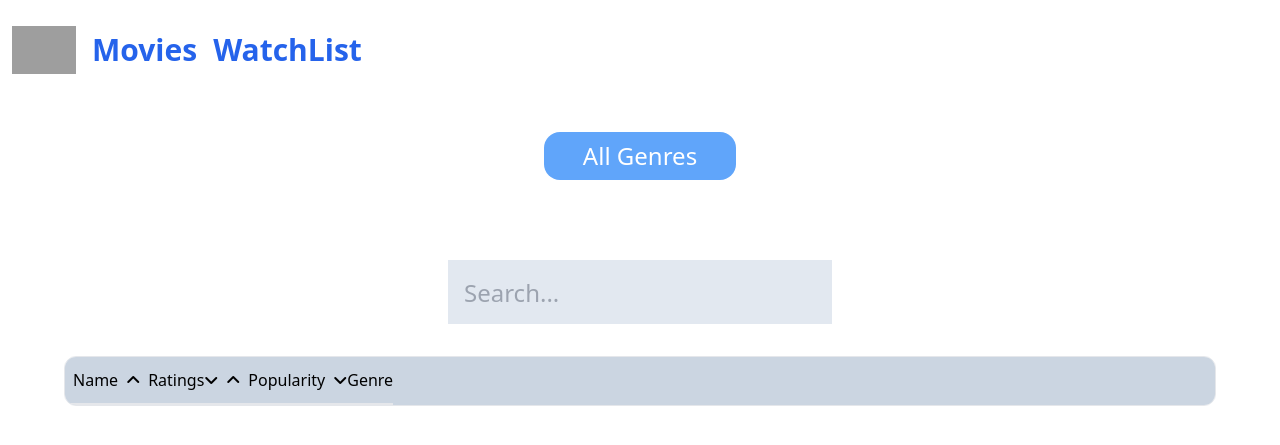
Repository: Aakash20bhatt/LearnReact
Page: /watchlist (app in moviesApp/)
An editor plug-in stored every save of this project. The page is shown before and after the next save, followed by the edit.
The browser window is 1280 px wide. The pictures show the whole page.
Pictures or frames that could not be fetched are drawn as grey boxes. Some web libraries are served in a nearby version. The project was rebuilt for these pictures with package versions that can differ from the ones it lists, and the page was loaded fresh each time. Also part of the build but not shown: moviesApp/vite.config.js, moviesApp/src/App.css, moviesApp/src/Components/Banner.jsx, moviesApp/src/Components/MovieCard.jsx, moviesApp/src/Components/Pagination.jsx, moviesApp/src/redux/movieMiddleware.js, moviesApp/src/Components/Movies.jsx, moviesApp/src/Components/MovieDetails.jsx.

Above is the page before, as saved 2024-08-25 13:46:26.

After the next save:
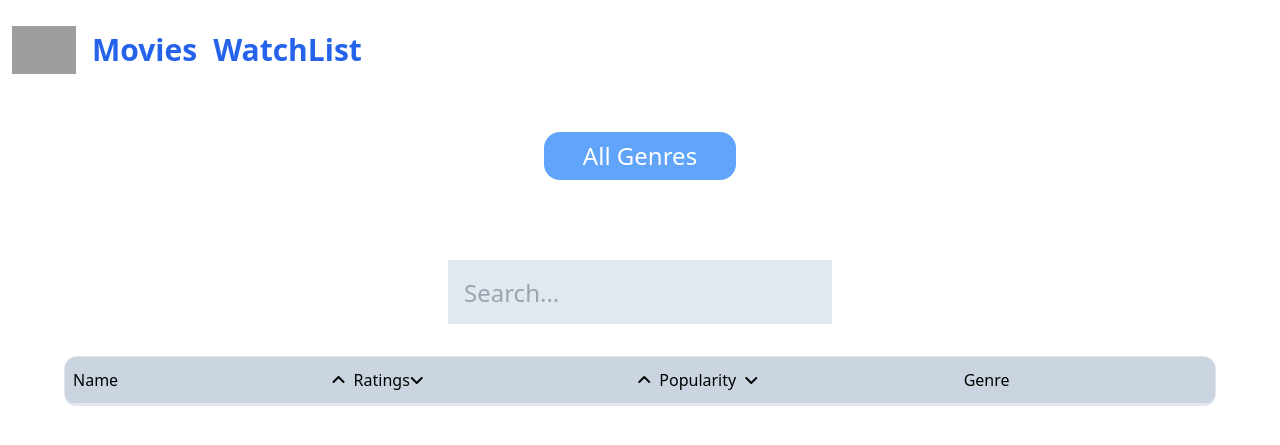
Saved 6 s later.
--- a/moviesApp/src/Components/Watchlist.jsx
+++ b/moviesApp/src/Components/Watchlist.jsx
@@ -97,7 +97,7 @@ export default function Watchlist() {
             />
             <div className="rounded-xl border w-[90%] overflow-hidden">
                 <div className="heading flex bg-slate-300 h-12 rounded-lg">
-                    <div className="heading-row flex items-center justify-between border-b-2 text-left">
+                    <div className="heading-row flex items-center justify-between w-full border-b-2 text-left">
                         <div className="column p-2">Name</div>
                         <div className="column">
                             <i onClick={() => sortAscending('vote_average')} className="cursor-pointer fa-solid fa-angle-up mr-2"></i>
